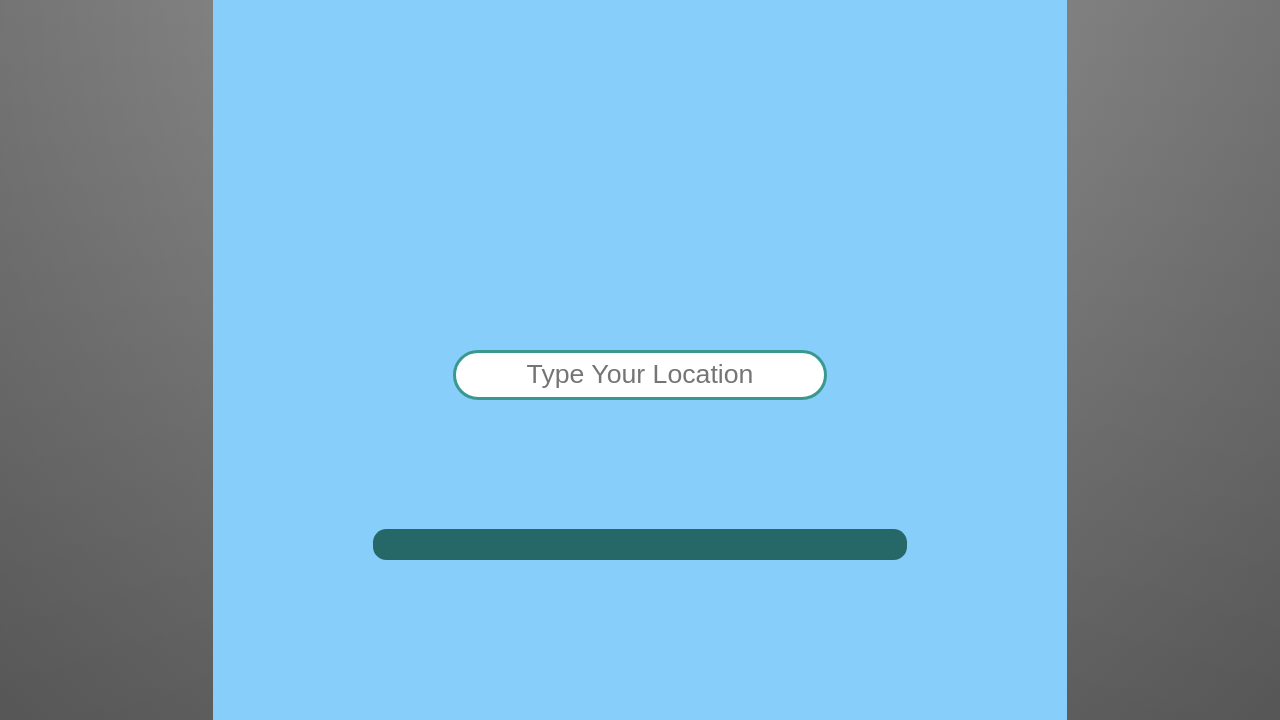
Repository: Heidingg/weather_app
Page: /
An editor plug-in stored every save of this project. The page is shown before and after the next save, followed by the edit.
The browser window is 1280 px wide. The pictures show the whole page.
The project was rebuilt for these pictures with package versions that can differ from the ones it lists, and the page was loaded fresh each time. The framework's server and built-in components were replaced by stand-ins that run in the browser. Also part of the build but not shown: next.config.js.

Above is the page before, as saved 2023-01-23 01:51:51.

After the next save:
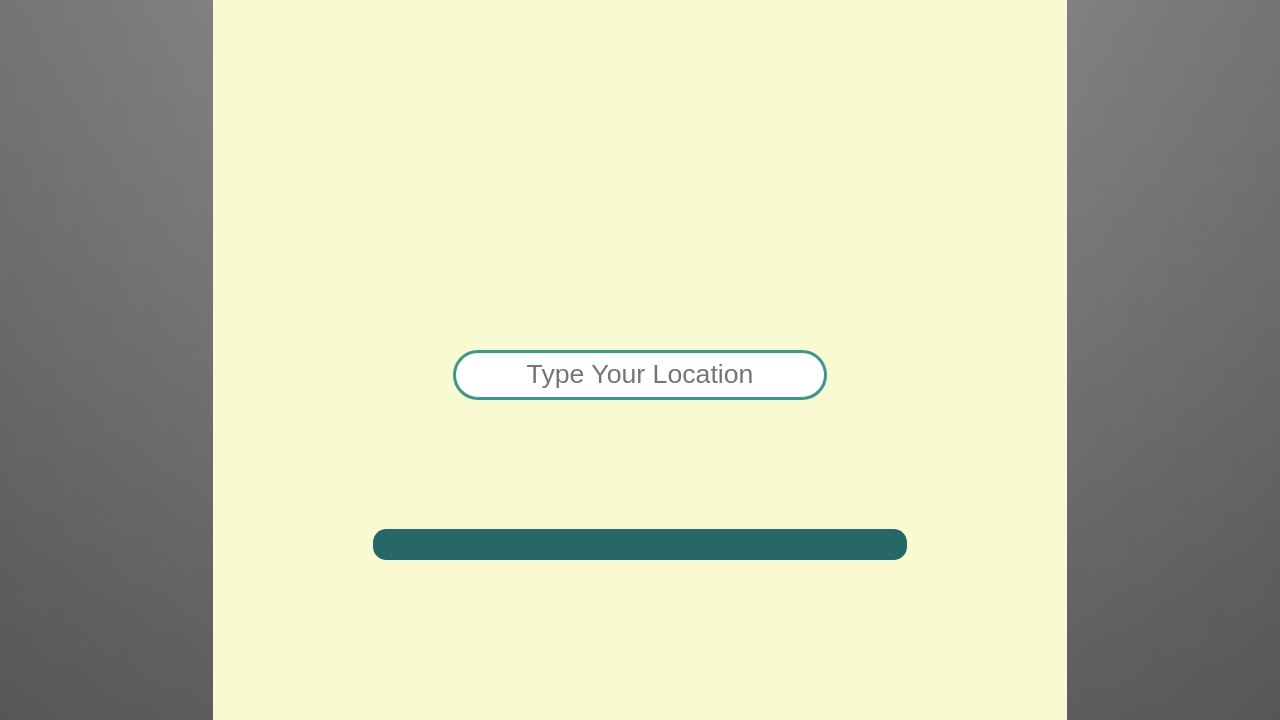
Saved 8 s later.
--- a/styles/Home.module.css
+++ b/styles/Home.module.css
@@ -5,7 +5,7 @@
   align-items: center;
   padding: 6rem;
   min-height: 100vh;
-  background-color: lightskyblue;
+  background-color: lightgoldenrodyellow;
 }
 
 .description {
